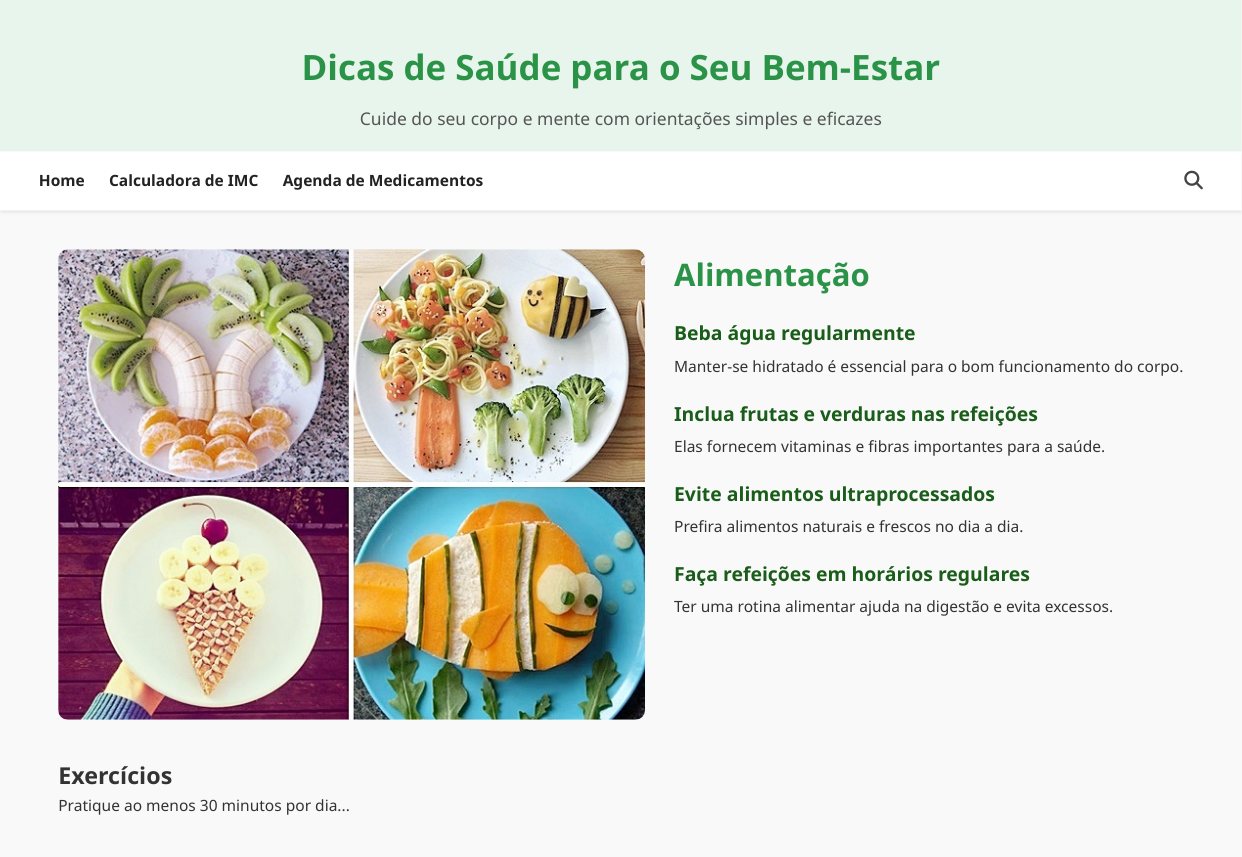
Repository: Cristiane-Sartori14/dicasSaude
Page: index.html
An editor plug-in stored every save of this project. The page is shown before and after the next save, followed by the edit.
The browser window is 1280 px wide. The pictures show the whole page, at 97% of full size.

Above is the page before, as saved 2025-05-18 22:12:18.

After the next save:
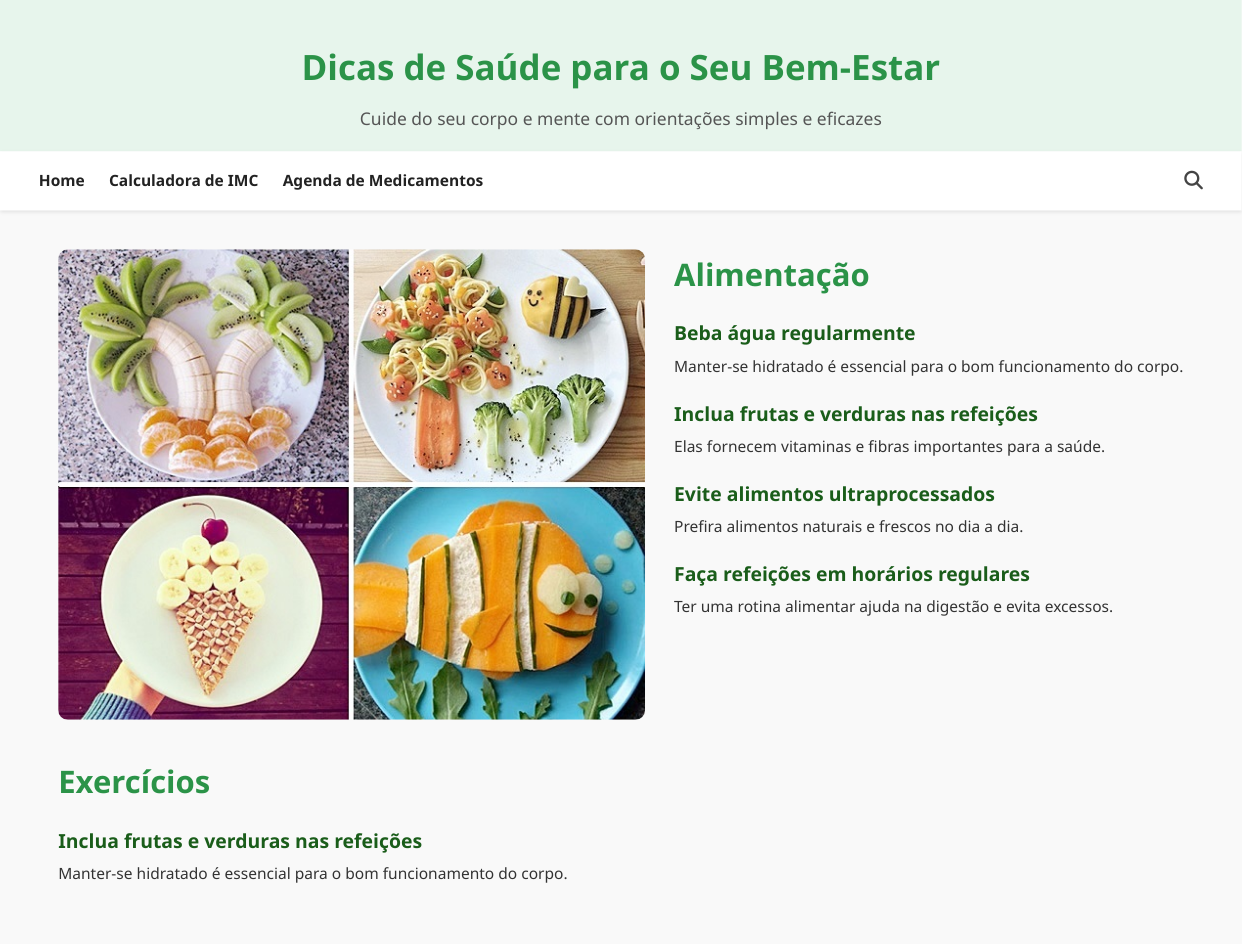
Saved 2 min 55 s later.
--- a/index.html
+++ b/index.html
@@ -68,8 +68,16 @@
       </section>
 
       <section class="topic" id="exercicios">
-        <h2>Exercícios</h2>
-        <p>Pratique ao menos 30 minutos por dia...</p>
+         <h1 class="health-title">Exercícios</h1>
+          <div class="tip">
+            <h3>Inclua frutas e verduras nas refeições</h3>
+            <p>Manter-se hidratado é essencial para o bom funcionamento do corpo.
+          </p>
+        </div>
+          </div>
+
+
+
       </section>
     </main>
   </body>
